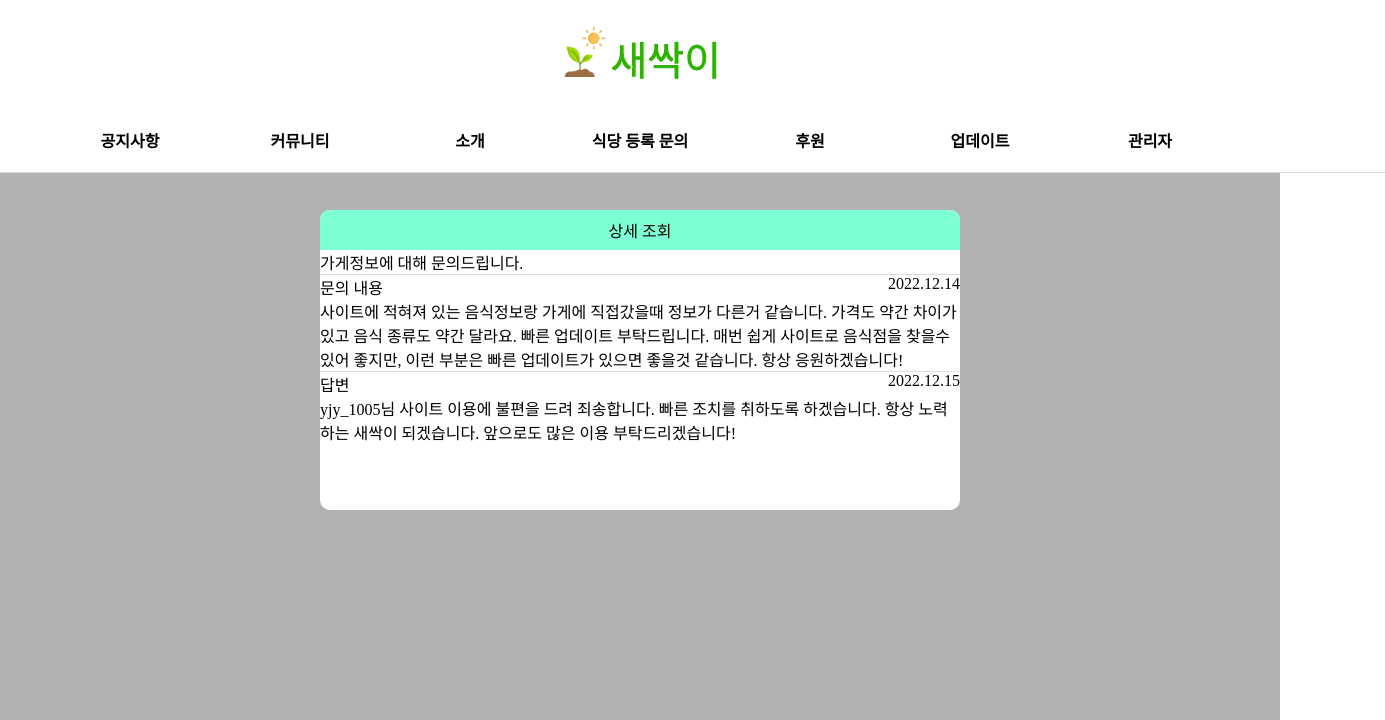
Repository: Seedye/Seedye
Page: team/src/main/webapp/html/board/board-view.html
The author's editor kept a copy of each file at every save. The page is drawn from the files as they stood at one save, then again after the next save.
The browser window is 1280 px wide. The page is 1385 px wide, so the pictures cover 1385 px, including what lies to the right of the window. The pictures show the whole page.
Some web fonts or font styles are not loaded; a fallback is used. Some web libraries are served in a nearby version.

Above is the page before, as saved 2022-12-15 11:23:24.

### team/src/main/webapp/html/board/board-view.html
<!DOCTYPE html>
<html lang="en">
<head>
  <meta charset="UTF-8">
  <meta http-equiv="X-UA-Compatible" content="IE=edge">
  <meta name="viewport" content="width=device-width, initial-scale=1.0">
  <link rel="stylesheet" href="../../resources/css/header.css">
  <link rel="stylesheet" href="../../resources/css/board/board-view-style.css">
  <title>게시물 상세보기모달</title>

  <script src="https://kit.fontawesome.com/95f413b465.js" crossorigin="anonymous"></script>

</head>
<body>
  <header>
    <!-- 헤더 -->
    <section id="header-container">
        <!-- 로고 -->
        <section id="header-section">
            <a href="#"><img id="logo" src="../../resources/images/새싹이.png"></a>
            <a href="#" id="logo-content">새싹이</a>
        </section>
        <!-- 메뉴창 -->
        <nav id="nav-bar">
            <ul>
                <li><a href="#"></a>공지사항</li>
                <li><a href="#"></a>커뮤니티</li>
                <li><a href="#"></a>소개</li>
                <li><a href="#"></a>식당 등록 문의</li>
                <li><a href="#"></a>후원</li>
                <li><a href="#"></a>업데이트</li>
                <li><a href="#"></a>관리자</li>
            </ul>
        </nav>
    </section>
</header>
  <div class="board-view-modal">
    <div class="board-view-area">
      <!-- /* 상세보기 */ -->
      <div class="board-view-title">
        <p>상세 조회</p>
      </div>
      <!-- /* 상세보기 내용 */ -->
      <div class="board-view-content">
          <p>가게정보에 대해 문의드립니다.</p>

        <div class="board-view-content-detail">
          <div class="board-view-content-content">
            <p>문의 내용</p>
            <p>2022.12.14</p>
          </div>
          <p>
            사이트에 적혀져 있는 음식정보랑 가게에 직접갔을때 정보가 다른거 같습니다.
            가격도 약간 차이가 있고 음식 종류도 약간 달라요. 빠른 업데이트 부탁드립니다.
            매번 쉽게 사이트로 음식점을 찾을수 있어 좋지만,
            이런 부분은 빠른 업데이트가 있으면 좋을것 같습니다. 항상 응원하겠습니다!
          </p>
          <!-- <div class="board-view-content-img-area">
            <div class="board-view-content-img">
              <img src="../../resources/images/게시판테스트img1.jpg" alt="">
            </div>
            <div class="board-view-content-img">
              <img src="../../resources/images/게시판테스트img2.jpg" alt="">
            </div>
            <div class="board-view-content-img">
              <img src="../../resources/images/게시판테스트img3.jpg" alt="">
            </div>
          </div> -->
        </div>
      </div>
      <div class="board-view-conment">
        <div class="board-view-content-content">
          <p>답변</p>
          <p>2022.12.15</p>
        </div>

        <p>yjy_1005님 사이트 이용에 불편을 드려 죄송합니다. 빠른 조치를 취하도록 하겠습니다.
          항상 노력하는 새싹이 되겠습니다. 앞으로도 많은 이용 부탁드리겠습니다!
        </p>
      </div>
    </div>
  </div>
</body>
</html>

### team/src/main/webapp/resources/css/header.css

@font-face {
    font-family: 'yg-jalnan';
    src: url('https://cdn.jsdelivr.net/gh/projectnoonnu/noonfonts_four@1.2/JalnanOTF00.woff') format('woff');
    font-weight: normal;
    font-style: normal;
}


@font-face {
    font-family: 'NIXGONM-Vb';
    src: url('https://cdn.jsdelivr.net/gh/projectnoonnu/noonfonts_six@1.2/NIXGONM-Vb.woff') format('woff');
    font-weight: normal;
    font-style: normal;
}

*{
    box-sizing: border-box;
    margin: 0;
    padding: 0;
}

header{
    position: sticky;
    top: 0;
    background-color: white;
    z-index: 1000;
}

body{
    display: flex;
    justify-content: center;
    align-items: center;
    flex-direction: column;
}

#header-section{
    width: 100%;
    display: flex;
    justify-content: center;
    align-items: center;
    margin-top: 20px;
}

#logo{
    width: 50px;
    height: 50px;
}

#logo-content{
    color: #2db400;
    -webkit-text-stroke: 1px white;
    text-decoration: none;
    font-weight: bold;
    font-family: yg-jalnan;
    font-size: 40px;
    padding-top: 10px;
}

#nav-bar{
    display: flex;
    justify-content: center;
    margin: 20px 0px  0px  0px;
}

#nav-bar > ul {
    /* width: 100vw; */
    display: flex;
    justify-content: space-between;
    font-weight: bold;
    border-bottom: 1px solid #ddd;
    padding: 0px 150px;
}

#nav-bar > ul > li{
    font-family: NIXGONM-Vb;
    float: left;
    display: flex;
    justify-content: center;
    padding: 20px 35px;
    border-radius: 6px;
    cursor: pointer;
    width: 170px;
    height: auto;
}

#nav-bar > ul > li:hover{
    background-color: rgba(45, 180, 0, 0.6);
    color: white;
    transition-duration: 0.3s;
}

footer {
    width: 1200px;
    height: 134px;
    color: gray;
    font-size: var(--small-font-size);
    padding: 20px 0;

    display: flex;
    flex-direction: column;
    justify-content: space-around;
    align-items: center;

    /* position: absolute; */
    bottom: 0;

    border-top: 1px solid #ddd;
  }

  footer a {
    color: gray;
  }

### team/src/main/webapp/resources/css/board/board-view-style.css
*{
  font-family: "NIXGONM-Vb";
}
.board-view-modal{
  top: 0; left: 0;
  position: absolute;
  width: 100vw;
  height: 100vh;
  background-color: rgba(0, 0, 0, 0.3);

  /* display: none; */
  display: flex;
  align-items: center;
  justify-content: center;
}
/* 상세보기 흰영역 */
.board-view-area{
  width: 50vw;
  min-width: 400px;
  height: auto;
  min-height: 300px;
  background-color: white;
  border-radius: 10px;
  overflow: auto;
}
/* 상세보기 제목 */
.board-view-title{
  width: 100%;
  height: 40px;
  background-color: aquamarine;
  display: flex;
  align-items: center;
  justify-content: center;

}
/* 상세보기 내용 */
.board-view-content-conment{
  padding: 10px;
}
.board-view-content>p:first-child{
  /* padding: 10px; */
  border-bottom: 1px solid #ddd;
}
.board-view-content-content{
  display: flex;
  justify-content: space-between;
  flex-: space-between;
}
.board-view-content-detail{
  border-bottom: 1px solid #ddd;
}

After the next save:
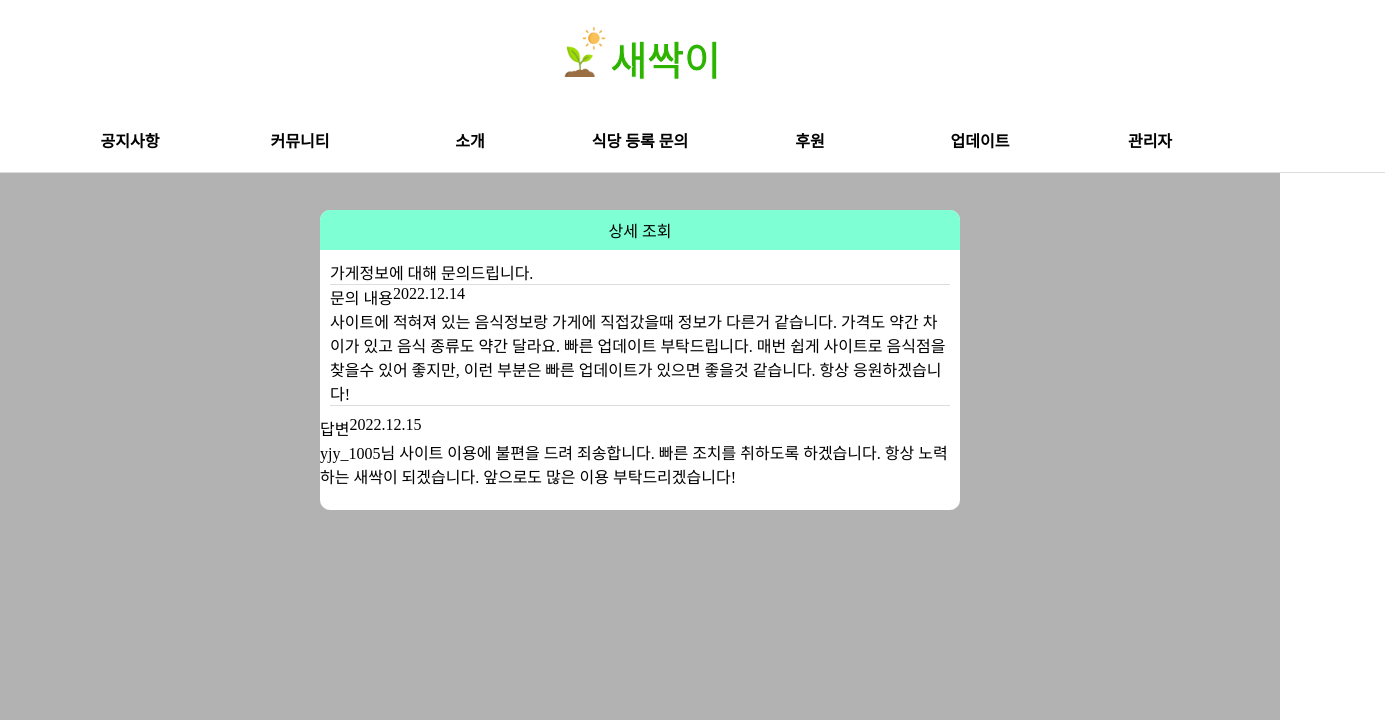
Saved 4 s later.
--- a/team/src/main/webapp/resources/css/board/board-view-style.css
+++ b/team/src/main/webapp/resources/css/board/board-view-style.css
@@ -34,7 +34,7 @@
 
 }
 /* 상세보기 내용 */
-.board-view-content-conment{
+.board-view-content{
   padding: 10px;
 }
 .board-view-content>p:first-child{
@@ -43,8 +43,7 @@
 }
 .board-view-content-content{
   display: flex;
-  justify-content: space-between;
-  flex-: space-between;
+  flex-direction: space-between;
 }
 .board-view-content-detail{
   border-bottom: 1px solid #ddd;
